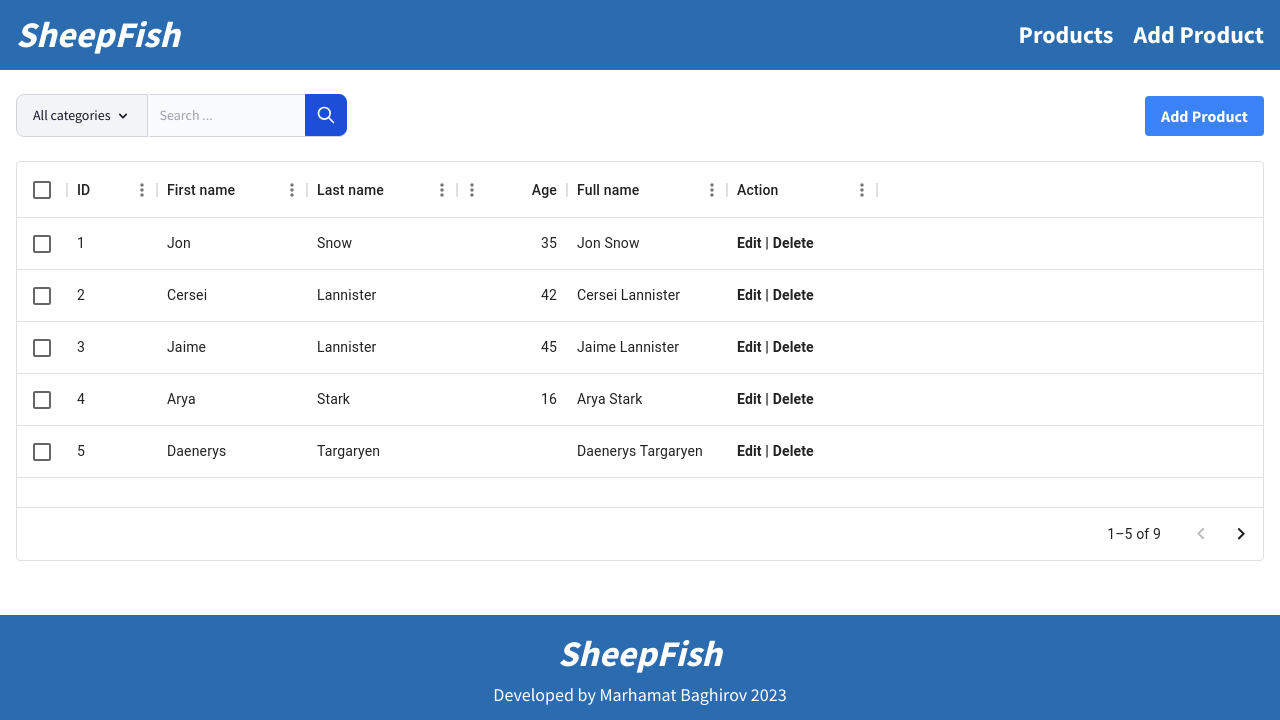
Repository: Marhamat92/sheep-fish-task
Page: /
The author's editor kept a copy of each file at every save. The page is drawn from the files as they stood at one save, then again after the next save.
The browser window is 1280 px wide. The pictures show the whole page.
The project was rebuilt for these pictures with package versions that can differ from the ones it lists, and the page was loaded fresh each time. Also part of the build but not shown: src/App.css.

Above is the page before, as saved 2023-03-28 17:51:35.

### public/index.html
<!DOCTYPE html>
<html lang="en">

<head>
  <meta charset="utf-8" />
  <link rel="icon" href="%PUBLIC_URL%/favicon.ico" />
  <meta name="viewport" content="width=device-width, initial-scale=1" />
  <meta name="theme-color" content="#000000" />
  <meta name="description" content="Web site created using create-react-app" />
  <link rel="apple-touch-icon" href="%PUBLIC_URL%/logo192.png" />
  <link rel="preconnect" href="https://fonts.googleapis.com">
  <link rel="preconnect" href="https://fonts.gstatic.com" crossorigin>
  <link href="https://fonts.googleapis.com/css2?family=Source+Sans+Pro:wght@200;300;400;600;700;900&display=swap"
    rel="stylesheet">
  <!--
      manifest.json provides metadata used when your web app is installed on a
      user's mobile device or desktop. See https://developers.google.com/web/fundamentals/web-app-manifest/
    -->
  <link rel="manifest" href="%PUBLIC_URL%/manifest.json" />
  <!--
      Notice the use of %PUBLIC_URL% in the tags above.
      It will be replaced with the URL of the `public` folder during the build.
      Only files inside the `public` folder can be referenced from the HTML.

      Unlike "/favicon.ico" or "favicon.ico", "%PUBLIC_URL%/favicon.ico" will
      work correctly both with client-side routing and a non-root public URL.
      Learn how to configure a non-root public URL by running `npm run build`.
    -->
  <title>SheepFish</title>
</head>

<body>
  <noscript>You need to enable JavaScript to run this app.</noscript>
  <div id="root"></div>
  <!--
      This HTML file is a template.
      If you open it directly in the browser, you will see an empty page.

      You can add webfonts, meta tags, or analytics to this file.
      The build step will place the bundled scripts into the <body> tag.

      To begin the development, run `npm start` or `yarn start`.
      To create a production bundle, use `npm run build` or `yarn build`.
    -->
</body>

</html>

### src/index.css
@tailwind base;
@tailwind components;
@tailwind utilities;


body {
  font-family: 'Source Sans Pro', sans-serif;
}

code {
  font-family: 'Source Sans Pro', sans-serif;
}

### src/App.tsx
import React from "react";
import logo from "./logo.svg";
import "./App.css";
import Header from "./components/Header";
import Layout from "./Layout/Layout";
import BaseRouter from "./routes";

function App() {
  return (
    <div>
      <Layout>
        <BaseRouter />
      </Layout>
    </div>
  );
}

export default App;

### src/Layout/Layout.tsx
import React from "react";
import Header from "../components/Header";
import Footer from "../components/Footer";

type Props = {
  children: React.ReactNode;
};

const Layout = ({ children }: Props) => {
  return (
    <div>
      <Header />
      {children}
      <Footer />
    </div>
  );
};

export default Layout;

### src/routes.js
import { Route, Routes } from "react-router-dom";
import React from "react";
import ProductList from "./pages/Products/ProductList";
import AddProduct from "./pages/Products/AddProduct";

const BaseRouter = () => (
  <Routes>
    <Route exact path="/" element={
      <ProductList />
    } />
    <Route exact path="/products"
      element={
        <ProductList />
      }
    />
    <Route exact path="/products/add" element={
      <AddProduct />
    } />
  </Routes>
);

export default BaseRouter;

### src/components/Header.tsx
import React, { useEffect, useState } from "react";
import { Link } from "react-router-dom";
import { BiMenu } from "react-icons/bi";

type Props = {};

const Header = (props: Props) => {
  const [mobileMenu, setMobileMenu] = useState(false);
  const [showMobileMenu, setShowMobileMenu] = useState(false);

  const checkScreenSize = () => {
    if (window.innerWidth <= 768) {
      setMobileMenu(true);
    } else {
      setMobileMenu(false);
      setShowMobileMenu(false);
    }
  };

  useEffect(() => {
    checkScreenSize();
    window.addEventListener("resize", checkScreenSize);
    return () => {
      window.removeEventListener("resize", checkScreenSize);
    };
  }, [mobileMenu]);

  return (
    <div className=' bg-mainPrimary '>
      <div className='container flex flex-row justify-between items-center py-2'>
        <div>
          <h1
            className='
            text-4xl font-bold text-white italic
          '
          >
            SheepFish
          </h1>
        </div>
        {mobileMenu ? (
          <BiMenu
            onClick={() => {
              setShowMobileMenu(true);
            }}
            className='text-3xl text-white'
          />
        ) : (
          <div className='flex flex-row justify-between space-x-5'>
            <Link to='/products'>
              <div
                className='text-2xl font-bold text-white hover:underline transition-all duration-300
          cursor-pointer'
              >
                Products
              </div>
            </Link>
            <Link to='/products/add'>
              <div className='text-2xl font-bold text-white hover:underline transition-all duration-300 cursor-pointer'>
                Add Product
              </div>
            </Link>
          </div>
        )}
        {showMobileMenu && (
          <div className='bg-mainTertiary h-screen absolute top-0 left-0 right-0 '>
            <div className='flex flex-col justify-center items-center'>
              <div className='text-2xl font-bold text-white hover:underline transition-all duration-300 cursor-pointer'>
                Products
              </div>
              <div className='text-2xl font-bold text-white hover:underline transition-all duration-300 cursor-pointer'>
                Add Product
              </div>
            </div>
          </div>
        )}
      </div>
    </div>
  );
};

export default Header;

### src/components/Footer.tsx
import React from "react";

type Props = {};

const Footer = ({}: Props) => {
  return (
    <div className='bg-mainPrimary py-3 absolute bottom-0 w-full'>
      <div className='container mx-auto flex flex-col items-center justify-center'>
        <h1 className='text-4xl font-bold text-white italic text-center'>
          SheepFish
        </h1>
        <p className='text-white font-regular text-lg text-center'>
          Developed by Marhamat Baghirov {new Date().getFullYear()}
        </p>
      </div>
    </div>
  );
};

export default Footer;

### src/pages/Products/ProductList.tsx
import React from "react";
import SearchField from "../../components/SearchField";
import ListTable from "../../components/ListTable";

type Props = {};

function ProductList({}: Props) {
  const rows = [
    { id: 1, lastName: "Snow", firstName: "Jon", age: 35 },
    { id: 2, lastName: "Lannister", firstName: "Cersei", age: 42 },
    { id: 3, lastName: "Lannister", firstName: "Jaime", age: 45 },
    { id: 4, lastName: "Stark", firstName: "Arya", age: 16 },
    { id: 5, lastName: "Targaryen", firstName: "Daenerys", age: null },
    { id: 6, lastName: "Melisandre", firstName: null, age: 150 },
    { id: 7, lastName: "Clifford", firstName: "Ferrara", age: 44 },
    { id: 8, lastName: "Frances", firstName: "Rossini", age: 36 },
    { id: 9, lastName: "Roxie", firstName: "Harvey", age: 65 },
  ];

  return (
    <div className='container mt-6'>
      <div className='flex justify-between items-center'>
        <div>
          <SearchField />
        </div>
        <div>
          <button className='bg-blue-500 hover:bg-blue-700 text-white font-bold py-2 px-4 rounded'>
            Add Product
          </button>
        </div>
      </div>
      <div className='mt-6'>
        <ListTable dataRows={rows} />
      </div>
    </div>
  );
}

export default ProductList;

### src/components/SearchField.tsx
import React from "react";

type Props = {};

const SearchField = (props: Props) => {
  return (
    <form className=''>
      <div className='flex'>
        <label
          htmlFor='search-dropdown'
          className='mb-2 text-sm font-medium text-gray-900 sr-only dark:text-white'
        >
          Your Email
        </label>
        <button
          id='dropdown-button'
          data-dropdown-toggle='dropdown'
          className='flex-shrink-0 z-10 inline-flex items-center py-2.5 px-4 text-sm font-medium text-center text-gray-900 bg-gray-100 border border-gray-300 rounded-l-lg hover:bg-gray-200 focus:ring-4 focus:outline-none focus:ring-gray-100 dark:bg-gray-700 dark:hover:bg-gray-600 dark:focus:ring-gray-700 dark:text-white dark:border-gray-600'
          type='button'
        >
          All categories{" "}
          <svg
            aria-hidden='true'
            className='w-4 h-4 ml-1'
            fill='currentColor'
            viewBox='0 0 20 20'
            xmlns='http://www.w3.org/2000/svg'
          >
            <path
              fill-rule='evenodd'
              d='M5.293 7.293a1 1 0 011.414 0L10 10.586l3.293-3.293a1 1 0 111.414 1.414l-4 4a1 1 0 01-1.414 0l-4-4a1 1 0 010-1.414z'
              clip-rule='evenodd'
            ></path>
          </svg>
        </button>
        <div
          id='dropdown'
          className='z-10 hidden bg-white divide-y divide-gray-100 rounded-lg shadow w-44 dark:bg-gray-700'
        >
          <ul
            className='py-2 text-sm text-gray-700 dark:text-gray-200'
            aria-labelledby='dropdown-button'
          >
            <li>
              <button
                type='button'
                className='inline-flex w-full px-4 py-2 hover:bg-gray-100 dark:hover:bg-gray-600 dark:hover:text-white'
              >
                Mockups
              </button>
            </li>
            <li>
              <button
                type='button'
                className='inline-flex w-full px-4 py-2 hover:bg-gray-100 dark:hover:bg-gray-600 dark:hover:text-white'
              >
                Templates
              </button>
            </li>
            <li>
              <button
                type='button'
                className='inline-flex w-full px-4 py-2 hover:bg-gray-100 dark:hover:bg-gray-600 dark:hover:text-white'
              >
                Design
              </button>
            </li>
            <li>
              <button
                type='button'
                className='inline-flex w-full px-4 py-2 hover:bg-gray-100 dark:hover:bg-gray-600 dark:hover:text-white'
              >
                Logos
              </button>
            </li>
          </ul>
        </div>
        <div className='relative w-full'>
          <input
            type='search'
            id='search-dropdown'
            className='block p-2.5 w-full z-20 text-sm text-gray-900 bg-gray-50 rounded-r-lg border-l-gray-50 border-l-2 border border-gray-300    dark:placeholder-gray-400 dark:text-white  focus:ring-transparent first-letter:
            focus:ring-4 focus:outline-none focus:ring-blue-300 dark:bg-gray-600
            '
            placeholder='Search ...'
            required
          />
          <button
            type='submit'
            className='absolute top-0 right-0 p-2.5 text-sm font-medium text-white bg-blue-700 rounded-r-lg border border-blue-700 hover:bg-blue-800 focus:ring-4 focus:outline-none focus:ring-blue-300 dark:bg-blue-600 dark:hover:bg-blue-700 dark:focus:ring-blue-800'
          >
            <svg
              aria-hidden='true'
              className='w-5 h-5'
              fill='none'
              stroke='currentColor'
              viewBox='0 0 24 24'
              xmlns='http://www.w3.org/2000/svg'
            >
              <path
                stroke-linecap='round'
                stroke-linejoin='round'
                stroke-width='2'
                d='M21 21l-6-6m2-5a7 7 0 11-14 0 7 7 0 0114 0z'
              ></path>
            </svg>
            <span className='sr-only'>Search</span>
          </button>
        </div>
      </div>
    </form>
  );
};

export default SearchField;

### src/components/ListTable.tsx
import React from "react";
import Box from "@mui/material/Box";
import { DataGrid, GridColDef, GridValueGetterParams } from "@mui/x-data-grid";

type Props = {
  dataRows: any;
};

const ListTable = ({ dataRows }: Props) => {
  const columns: GridColDef[] = [
    { field: "id", headerName: "ID", width: 90 },
    {
      field: "firstName",
      headerName: "First name",
      width: 150,
      editable: true,
    },
    {
      field: "lastName",
      headerName: "Last name",
      width: 150,
      editable: true,
    },
    {
      field: "age",
      headerName: "Age",
      type: "number",
      width: 110,
      editable: true,
    },
    {
      field: "fullName",
      headerName: "Full name",
      description: "This column has a value getter and is not sortable.",
      sortable: false,
      width: 160,
      valueGetter: (params: GridValueGetterParams) =>
        `${params.row.firstName || ""} ${params.row.lastName || ""}`,
    },
    {
      field: "action",
      headerName: "Action",
      width: 150,
      renderCell: (params) => (
        <strong>
          <a href='#'>Edit</a> | <a href='#'>Delete</a>
        </strong>
      ),
    },
  ];

  return (
    <Box sx={{ height: 400, width: "100%" }}>
      <DataGrid
        rows={dataRows}
        columns={columns}
        initialState={{
          pagination: {
            paginationModel: {
              pageSize: 5,
            },
          },
        }}
        pageSizeOptions={[5]}
        checkboxSelection
        disableRowSelectionOnClick
      />
    </Box>
  );
};

export default ListTable;

### tailwind.config.js
/** @type {import('tailwindcss').Config} */
module.exports = {
  content: ["./src/**/*.{js,jsx,ts,tsx}",],
  theme: {
    extend: {
      colors: {
        "textPrimary": "#1a202c",
        "textSecondary": "#2d3748",
        "textTertiary": "#4a5568",
        "mainPrimary": "#2b6cb0",
        "mainSecondary": "#4299e1",
        "mainTertiary": "#63b3ed",
        "success": "#48bb78",
        "danger": "#e53e3e",
        "warning": "#dd6b20",
        "info": "#3182ce",
        "light": "#f7fafc",
        "dark": "#1a202c",
        "white": "#fff",
        "black": "#000",
        //close this
      },
      fontFamily: {
        sans: ["Roboto", "sans-serif"],
      },
      fontSize: {
        "xs": ".75rem",
        "sm": ".875rem",
        "tiny": ".875rem",
        "base": "1rem",
        "lg": "1.125rem",
        "xl": "1.25rem",
        "2xl": "1.5rem",
        "3xl": "1.875rem",
        "4xl": "2.25rem",
        "5xl": "3rem",
        "6xl": "4rem",
        "7xl": "5rem",
        "8xl": "6rem",
        "9xl": "7rem",
        "10xl": "8rem",
      },
      spacing: {
        "0": "0",
        "1": "0.25rem",
        "2": "0.5rem",
        "3": "0.75rem",
        "4": "1rem",
        "5": "1.25rem",
        "6": "1.5rem",
        "8": "2rem",
      },
      boxShadow: {
        "xs": "0 0 0 1px rgba(0, 0, 0, 0.05)",
        "sm": "0 1px 2px 0 rgba(0, 0, 0, 0.05)",
        "default": "0 1px 3px 0 rgba(0, 0, 0, 0.1), 0 1px 2px 0 rgba(0, 0, 0, 0.06)",
        "md": "0 4px 6px -1px rgba(0, 0, 0, 0.1), 0 2px 4px -1px rgba(0, 0, 0, 0.06)",
        "lg": "0 10px 15px -3px rgba(0, 0, 0, 0.1), 0 4px 6px -2px rgba(0, 0, 0, 0.05)",
        "xl": "0 20px 25px -5px rgba(0, 0, 0, 0.1), 0 10px 10px -5px rgba(0, 0, 0, 0.04)",
        "2xl": "0 25px 50px -12px rgba(0, 0, 0, 0.25)",
      },
      screens: {
        "xs": "320px",
        "sm": "640px",
        "md": "768px",
        "lg": "1024px",
        "xl": "1280px",
        "2xl": "1536px",
      },

      container: {
        center: true,
        padding: "1rem",
      },

    },
    plugins: [




    ],
  }
}

Loaded but not shown: src/index.tsx (common file); src/reportWebVitals.ts (common file); src/pages/Products/AddProduct.tsx (no stored copy; drawn as an empty file)

After the next save:
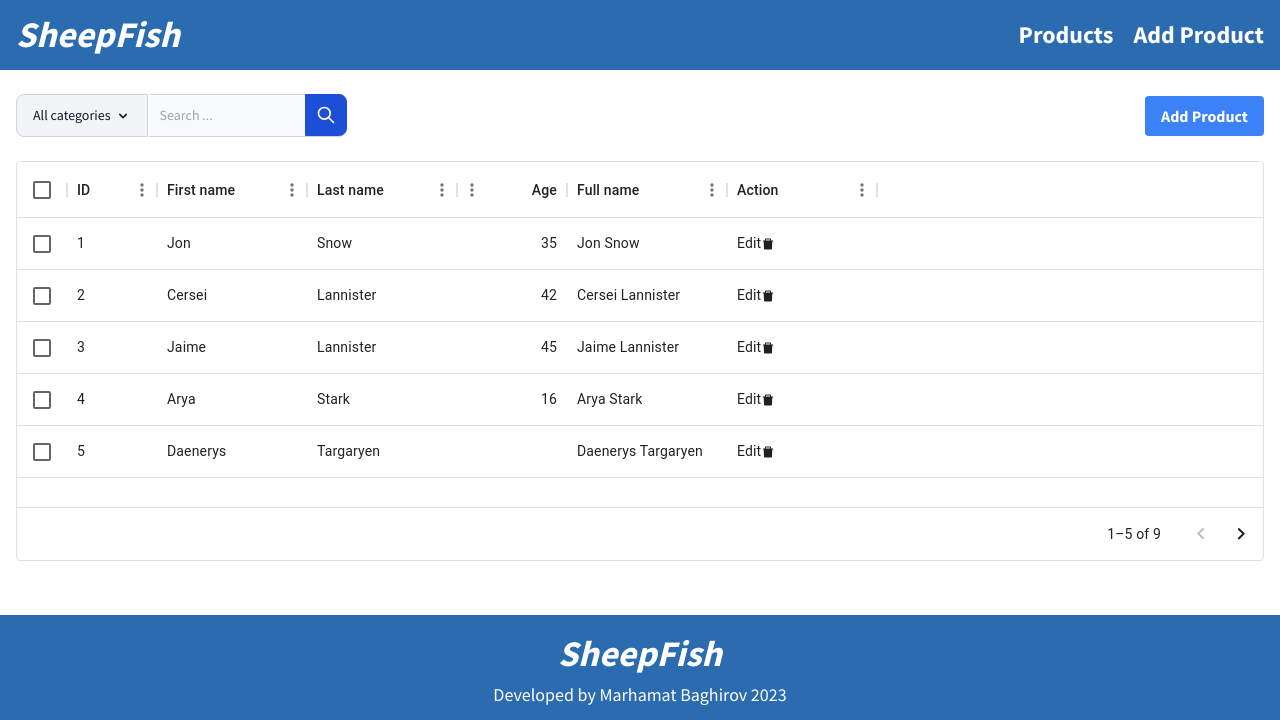
Saved 4 min 23 s later.
--- a/src/components/ListTable.tsx
+++ b/src/components/ListTable.tsx
@@ -1,6 +1,8 @@
 import React from "react";
 import Box from "@mui/material/Box";
 import { DataGrid, GridColDef, GridValueGetterParams } from "@mui/x-data-grid";
+import { Link } from "react-router-dom";
+import { AiFillDelete } from "react-icons/ai";
 
 type Props = {
   dataRows: any;
@@ -41,11 +43,21 @@
       field: "action",
       headerName: "Action",
       width: 150,
-      renderCell: (params) => (
-        <strong>
-          <a href='#'>Edit</a> | <a href='#'>Delete</a>
-        </strong>
-      ),
+      renderCell: (params) => {
+        return (
+          <>
+            <Link to={"/product/" + params.row.id}>
+              <button className='productListEdit'>Edit</button>
+            </Link>
+            <AiFillDelete
+              onClick={() => {
+                removeProduct(params.row.id);
+              }}
+              className='productListDelete'
+            />
+          </>
+        );
+      },
     },
   ];
 
